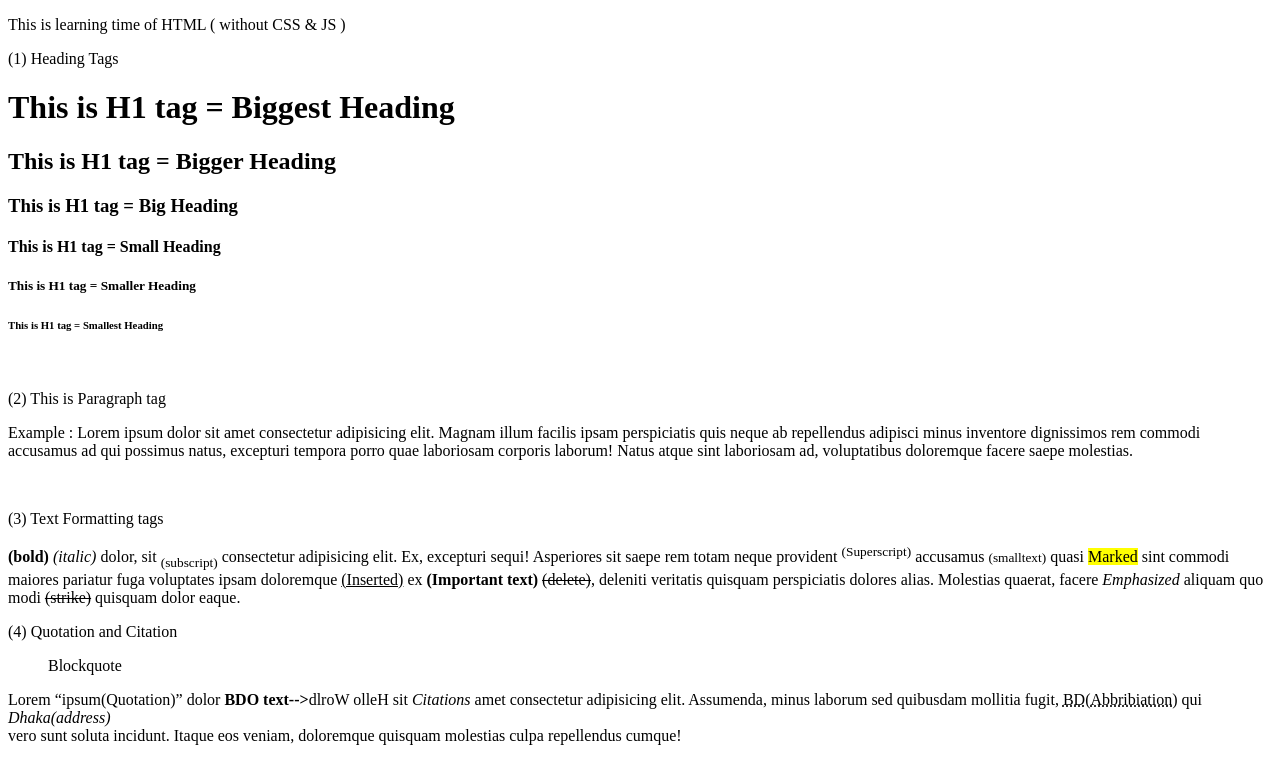
Repository: diptods/Frontend-in-60-DAYS
Page: Day01/learning/learn.html
The author's editor kept a copy of each file at every save. The page is drawn from the files as they stood at one save, then again after the next save.
The browser window is 1280 px wide. The pictures show the whole page.

Above is the page before, as saved 2026-05-28 12:03:36.

### Day01/learning/learn.html
<!DOCTYPE html>
<html lang="en">

<head>
    <meta charset="UTF-8">
    <meta name="viewport" content="width=device-width, initial-scale=1.0">
    <title>Day 01 Of Frontend Learning</title>
</head>

<body>
    <p>This is learning time of HTML ( without CSS & JS )</p>
    <p>(1) Heading Tags</p>
    <h1>This is H1 tag = Biggest Heading</h1>
    <h2>This is H1 tag = Bigger Heading</h2>
    <h3>This is H1 tag = Big Heading</h3>
    <h4>This is H1 tag = Small Heading</h4>
    <h5>This is H1 tag = Smaller Heading</h5>
    <h6>This is H1 tag = Smallest Heading</h6>
    <br>
    <p>(2) This is Paragraph tag</p>
    <p>Example : Lorem ipsum dolor sit amet consectetur adipisicing elit. Magnam illum facilis ipsam perspiciatis quis
        neque ab repellendus adipisci minus inventore dignissimos rem commodi accusamus ad qui possimus natus, excepturi
        tempora porro quae laboriosam corporis laborum! Natus atque sint laboriosam ad, voluptatibus doloremque facere
        saepe molestias.</p>
    <br>
    <p>(3) Text Formatting tags</p>
    <p><b>(bold)</b> <i>(italic)</i> dolor, sit <sub>(subscript)</sub> consectetur adipisicing elit. Ex, excepturi
        sequi! Asperiores sit saepe rem totam
        neque provident <sup>(Superscript)</sup> accusamus <small>(smalltext)</small> quasi <mark>Marked</mark> sint
        commodi maiores pariatur fuga voluptates ipsam doloremque
        <ins>(Inserted)</ins> ex <strong>(Important text)</strong> <del>(delete)</del>, deleniti veritatis quisquam
        perspiciatis dolores alias. Molestias quaerat, facere
        <em>Emphasized</em> aliquam quo modi <strike>(strike)</strike> quisquam dolor eaque.
    </p>
    <p>(4) Quotation and Citation</p>
    <p><blockquote>Blockquote</blockquote> Lorem <q>ipsum(Quotation)</q> dolor <b>BDO text--></b><bdo dir="rtl">Hello World</bdo> sit <cite>Citations</cite> amet consectetur adipisicing elit. Assumenda, minus laborum sed quibusdam mollitia fugit,
        <abbr title="Bangladesh">BD(Abbribiation)</abbr> qui <address>Dhaka(address)</address>vero sunt soluta incidunt. Itaque eos veniam, doloremque quisquam molestias culpa repellendus cumque!
    </p>
</body>

</html>

After the next save:
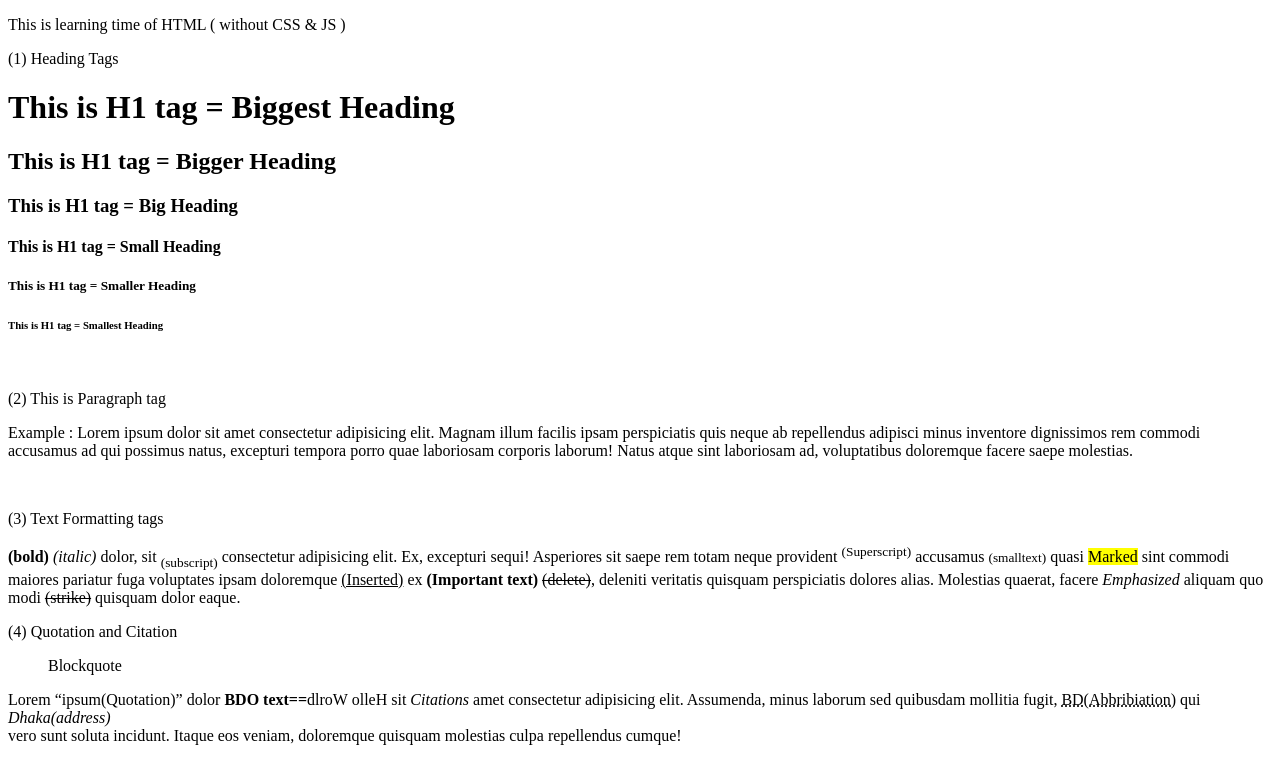
Saved 11 s later.
--- a/Day01/learning/learn.html
+++ b/Day01/learning/learn.html
@@ -33,7 +33,7 @@
         <em>Emphasized</em> aliquam quo modi <strike>(strike)</strike> quisquam dolor eaque.
     </p>
     <p>(4) Quotation and Citation</p>
-    <p><blockquote>Blockquote</blockquote> Lorem <q>ipsum(Quotation)</q> dolor <b>BDO text--></b><bdo dir="rtl">Hello World</bdo> sit <cite>Citations</cite> amet consectetur adipisicing elit. Assumenda, minus laborum sed quibusdam mollitia fugit,
+    <p><blockquote>Blockquote</blockquote> Lorem <q>ipsum(Quotation)</q> dolor <b>BDO text==</b><bdo dir="rtl">Hello World</bdo> sit <cite>Citations</cite> amet consectetur adipisicing elit. Assumenda, minus laborum sed quibusdam mollitia fugit,
         <abbr title="Bangladesh">BD(Abbribiation)</abbr> qui <address>Dhaka(address)</address>vero sunt soluta incidunt. Itaque eos veniam, doloremque quisquam molestias culpa repellendus cumque!
     </p>
 </body>
